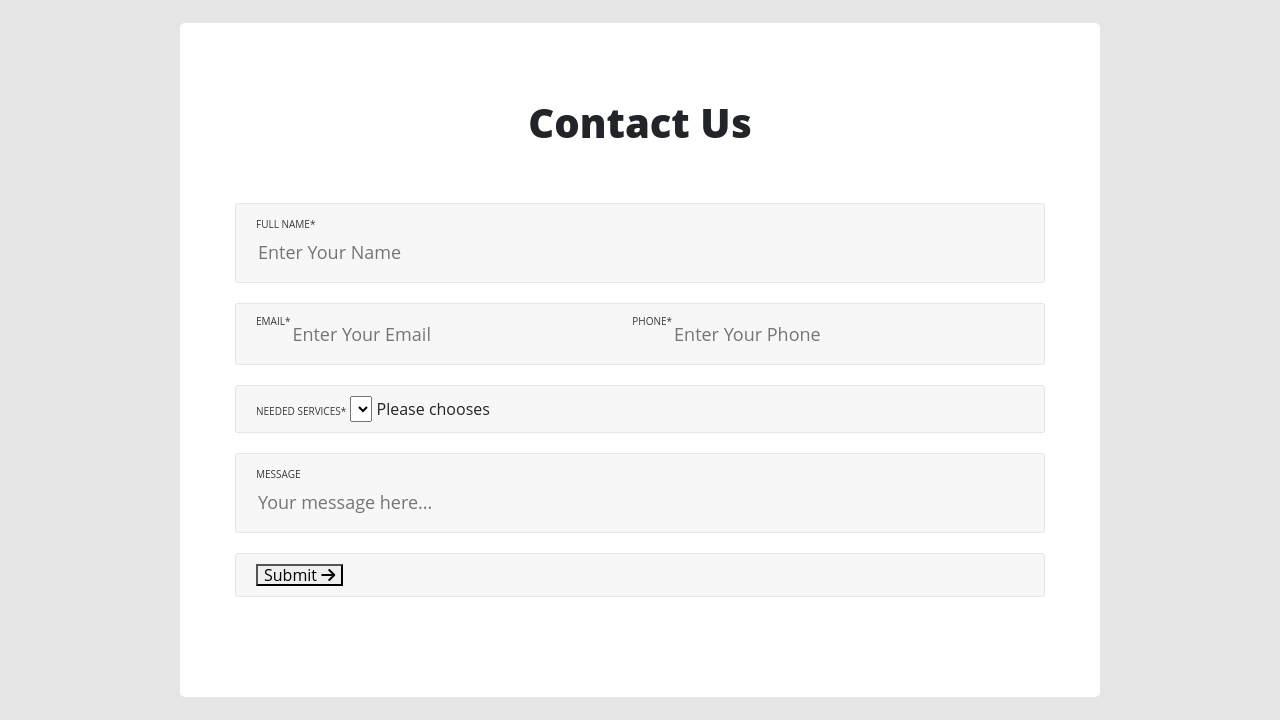
Repository: letrongtinh27/LapTrinhWeb
Page: form-contact/index.html
The author's editor kept a copy of each file at every save. The page is drawn from the files as they stood at one save, then again after the next save.
The browser window is 1280 px wide. The pictures show the whole page.

Above is the page before, as saved 2022-10-09 11:44:33.

### form-contact/index.html
<!DOCTYPE html>
<html lang="en">
<head>
    <meta charset="UTF-8">
    <meta http-equiv="X-UA-Compatible" content="IE=edge">
    <meta name="viewport" content="width=device-width, initial-scale=1.0">
    <title>Form Contact Us</title>
    <link rel="stylesheet" href="https://cdn.jsdelivr.net/npm/bootstrap@4.3.1/dist/css/bootstrap.min.css" integrity="sha384-ggOyR0iXCbMQv3Xipma34MD+dH/1fQ784/j6cY/iJTQUOhcWr7x9JvoRxT2MZw1T" crossorigin="anonymous">
    <link rel="stylesheet" href="reset.css">
    <link rel="stylesheet" href="style.css">
    <link rel="stylesheet" href="https://cdnjs.cloudflare.com/ajax/libs/font-awesome/6.2.0/css/all.min.css" integrity="sha512-xh6O/CkQoPOWDdYTDqeRdPCVd1SpvCA9XXcUnZS2FmJNp1coAFzvtCN9BmamE+4aHK8yyUHUSCcJHgXloTyT2A==" crossorigin="anonymous" referrerpolicy="no-referrer" />
</head>
<body>
    <div class="contact">
        <h2 class="contact-title">Contact Us</h2>
        <form action="#" class="contact-form" autocapitalize="off">
            <div class="form-group">
                <label for="">FULL NAME*</label>
                <input type="text" class="form-input" placeholder="Enter Your Name">
            </div>
            <div class="form-group form-group-2">
                <label for="">EMAIL*</label>
                <input type="email" class="form-input alpha" placeholder="Enter Your Email">
                <label for="">PHONE*</label>
                <input type="email" class="form-input omega" placeholder="Enter Your Phone">
            </div>
            <div class="form-group">
                <label for="">NEEDED SERVICES*</label>
                <select name="service" id="">
                </select>
                <span>Please chooses</span>
            </div>
            <div class="form-group">
                <label for="">MESSAGE</label>
                <input type="text" class="form-input text-area" placeholder="Your message here...">
            </div>
            <div class="form-group">
                <button class="form-submit">Submit <i class="fa-solid fa-arrow-right"></i></button>
            </div>
        </form>
    </div>
    <script src="https://code.jquery.com/jquery-3.3.1.slim.min.js" integrity="sha384-q8i/X+965DzO0rT7abK41JStQIAqVgRVzpbzo5smXKp4YfRvH+8abtTE1Pi6jizo" crossorigin="anonymous"></script>
    <script src="https://cdn.jsdelivr.net/npm/popper.js@1.14.7/dist/umd/popper.min.js" integrity="sha384-UO2eT0CpHqdSJQ6hJty5KVphtPhzWj9WO1clHTMGa3JDZwrnQq4sF86dIHNDz0W1" crossorigin="anonymous"></script>
    <script src="https://cdn.jsdelivr.net/npm/bootstrap@4.3.1/dist/js/bootstrap.min.js" integrity="sha384-JjSmVgyd0p3pXB1rRibZUAYoIIy6OrQ6VrjIEaFf/nJGzIxFDsf4x0xIM+B07jRM" crossorigin="anonymous"></script>
</body>
</html>

### form-contact/style.css
body {
    font-family: 'Open Sans',sans-serif;
    width: 100%;
    height: 100vh;
    display: flex;
    align-items: center;
    justify-content: center;
    background: #e6e6e6;
}

.contact{
   width: 100%;
   max-width: 920px;
   background-color: #ffffff;
   border-radius: 5px;
   padding: 80px 55px;
}
.contact-title{
    font-size: 40px;
    text-align: center;
    padding-bottom: 60px;
    font-weight: 800;
}

.form-group{
    margin-bottom: 20px;
    width: 100%;
    border: 1px solid #e6e6e6;
    background-color: #f7f7f7;
    border-radius: 3px;
    padding: 10px 30px 10px 20px;
}

.form-group-2 {
    display: flex;
    justify-content: space-between;
}

.alpha {
    float: left;
}
.form-input{
    font-family: 'Open Sans',sans-serif;
    color: #555555;
    background-color: #f7f7f7;
    width: 100%;
    padding-right: 15px;
    line-height: 1.2;
    height: 40px;
    font-size: 18px;
    outline: none;
    border: 0;
}
label {
    color: #393939;
    font-size: 10px;
    line-height: 1.5;
}
.form-submit{

}
.fa-solid{

}
.fa-arrow-right{

}

Loaded but not shown: form-contact/reset.css (common file)

After the next save:
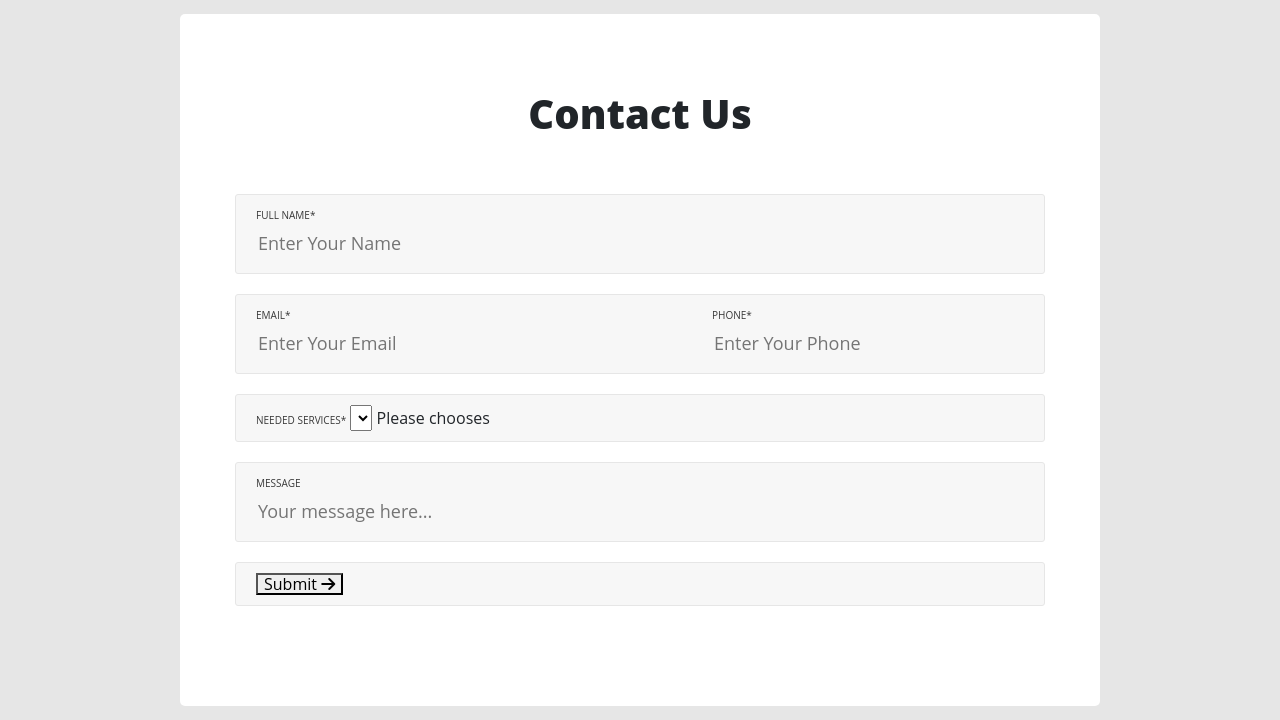
Saved 27 s later.
--- a/form-contact/index.html
+++ b/form-contact/index.html
@@ -19,10 +19,14 @@
                 <input type="text" class="form-input" placeholder="Enter Your Name">
             </div>
             <div class="form-group form-group-2">
+                <div class="alpha">
                 <label for="">EMAIL*</label>
                 <input type="email" class="form-input alpha" placeholder="Enter Your Email">
+            </div>
+            <div class="omega">
                 <label for="">PHONE*</label>
-                <input type="email" class="form-input omega" placeholder="Enter Your Phone">
+                <input type="email" class="form-input" placeholder="Enter Your Phone">
+            </div>
             </div>
             <div class="form-group">
                 <label for="">NEEDED SERVICES*</label>
